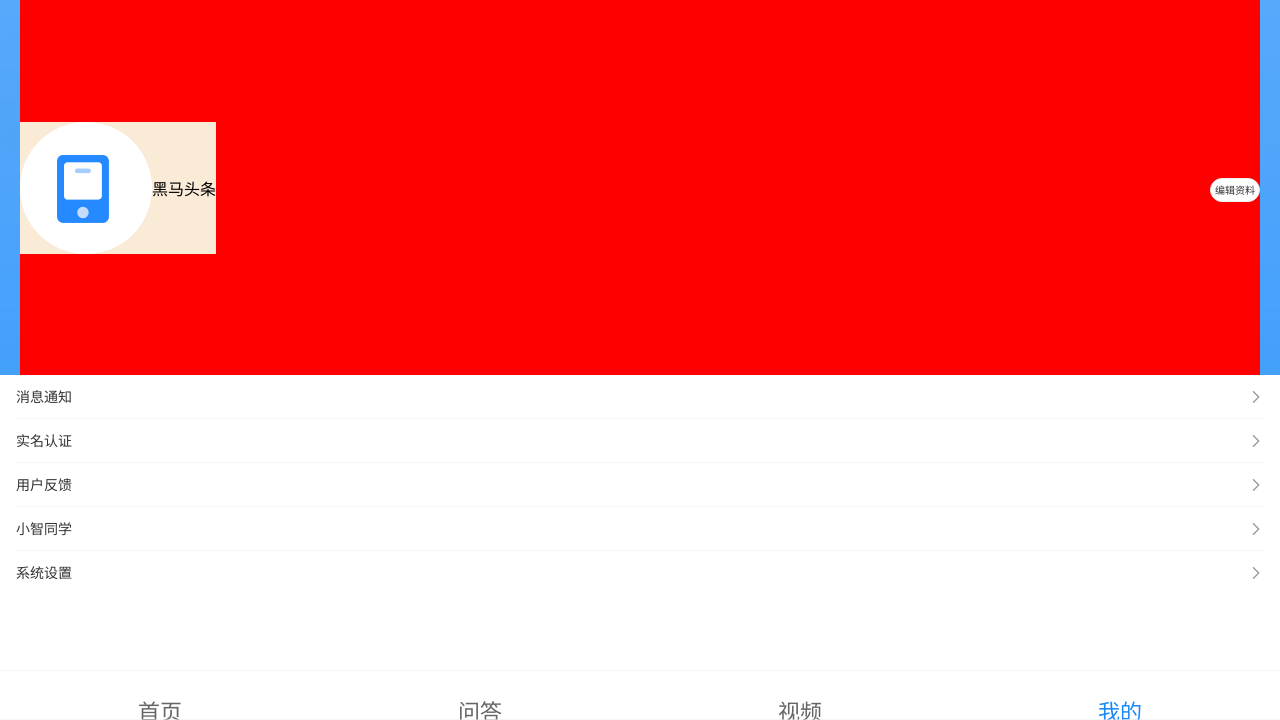
Repository: Tsukiau/yj-toutiao-m
Page: /#/my
The author's editor kept a copy of each file at every save. The page is drawn from the files as they stood at one save, then again after a run of saves.
The browser window is 1280 px wide. The pictures show the whole page.
Some web fonts or font styles are not loaded; a fallback is used. The project was rebuilt for these pictures with package versions that can differ from the ones it lists, and the page was loaded fresh each time. Also part of the build but not shown: vue.config.js.

Above is the page before, as saved 2022-11-06 14:54:59.

### src/main.js
import Vue from 'vue'
import App from './App.vue'
import router from './router'
import store from './store'

import Vant from 'vant'
import 'vant/lib/index.css'
import 'amfe-flexible'

// 导入全局的样式文件
import './css/index.css'
Vue.use(Vant)
Vue.config.productionTip = false

new Vue({
  router,
  store,
  render: h => h(App)
}).$mount('#app')

### src/App.vue
<template>
  <div id="app">
    <router-view></router-view>
  </div>
</template>

<style lang="less">
</style>

### src/router/index.js
import Vue from 'vue'
import VueRouter from 'vue-router'

Vue.use(VueRouter)

const routes = [
  {
    path: '/',
    redirect: '/layout'
  },
  {
    path: '/login',
    name: 'login',
    component: () => import('@/views/login')
  },
  {
    path: '/layout',
    name: 'layout',
    component: () => import('@/views/layout'),
    children: [
      {
        path: '/home',
        name: 'home',
        component: () => import('@/views/home')
      },
      {
        path: '/my',
        name: 'my',
        component: () => import('@/views/my')
      },
      {
        path: '/ask',
        name: 'ask',
        component: () => import('@/views/ask')
      },
      {
        path: '/video',
        name: 'video',
        component: () => import('@/views/video')
      }
    ]
  },

]

const router = new VueRouter({
  routes
})

export default router

### src/store/index.js
import Vue from 'vue'
import Vuex from 'vuex'

import user from './modules/user'
Vue.use(Vuex)

export default new Vuex.Store({
   modules: {
     user
   }

})

### src/css/index.css
@font-face {
  font-family: "iconfont";
  /* Project id 3671134 */
  src: url('//at.alicdn.com/t/c/font_3671134_2emfzv8sq1v.woff2?t=1664107686856') format('woff2'), url('//at.alicdn.com/t/c/font_3671134_2emfzv8sq1v.woff?t=1664107686856') format('woff'), url('//at.alicdn.com/t/c/font_3671134_2emfzv8sq1v.ttf?t=1664107686856') format('truetype');
}
.iconfont {
  font-family: "iconfont" !important;
  font-size: 16px;
  font-style: normal;
  -webkit-font-smoothing: antialiased;
  -moz-osx-font-smoothing: grayscale;
}
.icon-fenxiang:before {
  content: "\e60a";
}
.icon-zuopin:before {
  content: "\e60b";
}
.icon-pinglun1:before {
  content: "\e60c";
}
.icon-guanbi:before {
  content: "\e60d";
}
.icon-gengduo:before {
  content: "\e60e";
}
.icon-shanchu:before {
  content: "\e60f";
}
.icon-shouye1:before {
  content: "\e610";
}
.icon-shoucang:before {
  content: "\e611";
}
.icon-shouji1:before {
  content: "\e612";
}
.icon-zuojiantou:before {
  content: "\e613";
}
.icon-sousuo:before {
  content: "\e614";
}
.icon-dianzan:before {
  content: "\e615";
}
.icon-wenda:before {
  content: "\e616";
}
.icon-wuwangluo1:before {
  content: "\e617";
}
.icon-fenxiang1:before {
  content: "\e618";
}
.icon-dianzan2:before {
  content: "\e619";
}
.icon-shipin:before {
  content: "\e61a";
}
.icon-yanzhengma:before {
  content: "\e61b";
}
.icon-lishi1:before {
  content: "\e61c";
}
.icon-wode:before {
  content: "\e61d";
}
.icon-youjiantou:before {
  content: "\e61e";
}
.icon-zuopin1:before {
  content: "\e61f";
}
.icon-yuedu:before {
  content: "\e620";
}
.icon-pinglun:before {
  content: "\e601";
}
.icon-lishi:before {
  content: "\e602";
}
.icon-shouye:before {
  content: "\e603";
}
.icon-shouji:before {
  content: "\e604";
}
.icon-wuwangluo:before {
  content: "\e605";
}
.van-nav-bar {
  background-color: #3296fa;
}
.van-nav-bar /deep/ .van-nav-bar__title {
  color: #fff;
}

### src/views/layout/index.vue
<template>
  <div class="layout-container">

    <!-- 标签导航栏 -->
    <van-tabbar class="layout-tabbar"  route>
      <van-tabbar-item to="/">
        <i slot="icon" class="iconfont icon-shouye"></i>
        <span class="text">首页</span>
      </van-tabbar-item >
      <!--  -->
      <van-tabbar-item to="/ask">
        <i slot="icon" class="iconfont icon-wenda"></i>
        <span class="text">问答</span>
      </van-tabbar-item>
      <!--  -->
      <van-tabbar-item to="/video">
        <i slot="icon" class="iconfont icon-shipin"></i>
        <span class="text">视频</span>
      </van-tabbar-item>
      <!--  -->
      <van-tabbar-item to="/my">
        <i slot="icon" class="iconfont icon-wode"></i>
        <span class="text">我的</span>
      </van-tabbar-item>
    </van-tabbar>
    <router-view />
  </div>
</template>

<script>
export default {
  name: 'layou',
  data() {
    return {
    }
  }
}
</script>

<style lang="less" scoped>
.layout-container {
  .layout-tabbar {
    i.iconfont {
      font-size: 30px;
    }
    span.text {
      font-size: 22px;
    }
  }
}
</style>

### src/views/my/index.vue
<template>
  <div class="my-container">
    <div class="header userInfo">
      <div class="base">
        <div class="left">
          <img class="mobile-img" src="~@/assets/mobile.png" @click="$router.push('/login')">
          <span class="name">黑马头条</span>
        </div>
        <div class="right">
          <van-button type="default" size="mini" round>编辑资料</van-button>
        </div>
      </div>
    </div>
    <!--  -->
    <div class="data"></div>
    <!--  -->
    <div class="grid-nav"></div>
    <van-cell title="消息通知" is-link url="" />
    <van-cell title="实名认证" is-link url="" />
    <van-cell title="用户反馈" is-link url="" />
    <van-cell title="小智同学" is-link url="" />
    <van-cell title="系统设置" is-link url="" />
  </div>
</template>

<script>
export default {
  name: 'MyIndex',
  components: {},
  props: {},
  data() {
    return {}
  },
  computed: {},
  watch: {},
  created() { },
  mounted() { },
  methods: {}
}
</script>

<style scoped lang="less">
.my-container {
  .header {
    height: 375px;
    width: 100%;
    background-image: url(../../assets/banner.png);
    background-size: cover;

    .base {
      display: flex;
      justify-content: space-between;
      margin: 0 20px;
      align-items: center;
      background-color: red;
      height: 100%;
    }

    .left {
      display: flex;
      justify-content: center;
      align-items: center;
      background-color: antiquewhite;
      img {
        width: 132px;
        height: 132px;
      }
      .name{

      }
    }
  }
}
</style>

### src/store/modules/user.js
import { getToken, setToken } from '@/utils/Cookies'
import {login } from '@/api/user'

const state = {
  token: getToken()
}
const mutations = {
  setToken(state, token) {
    state.token = token
    setToken(token)
  }
}
const actions = {
   async getLogin(context, data) {
    const {token} = await login(data)
    context.commit('setToken',token)

  }
}
export default {
  namespaced: true,
  state,
  mutations,
  actions

}

### src/api/user.js
import request from '@/utils/request'

// 发送短信验证码
export function getSms (mobile) {
  return request({
    method: 'GET',
    url: `/v1_0/sms/codes/${mobile}`
  })
}

/**
 * 用户登录
 */
export function login(data) {
  return request({
    method: 'POST',
    url: '/v1_0/authorizations',
    data
  })
}

### src/utils/Cookies.js
import Cookies from 'js-cookie'

const Token = 'Token'

export function getToken(){
   return Cookies.get(Token)
}

export function setToken(token){
    return Cookies.set(Token, token)
}

export function removeToken(){
    return Cookies.remove(Token)
}

### src/utils/request.js
import axios from 'axios'

const request = axios.create({
  baseURL: 'http://toutiao.itheima.net/',
  timeout: 5000
})

request.interceptors.response.use(response => {
  const { message, data } = response.data
  if (!message) return Promise.reject(new Error(message))
  return data
})

export default request

Loaded but not shown: public/index.html (common file)

After the next 2 saves:
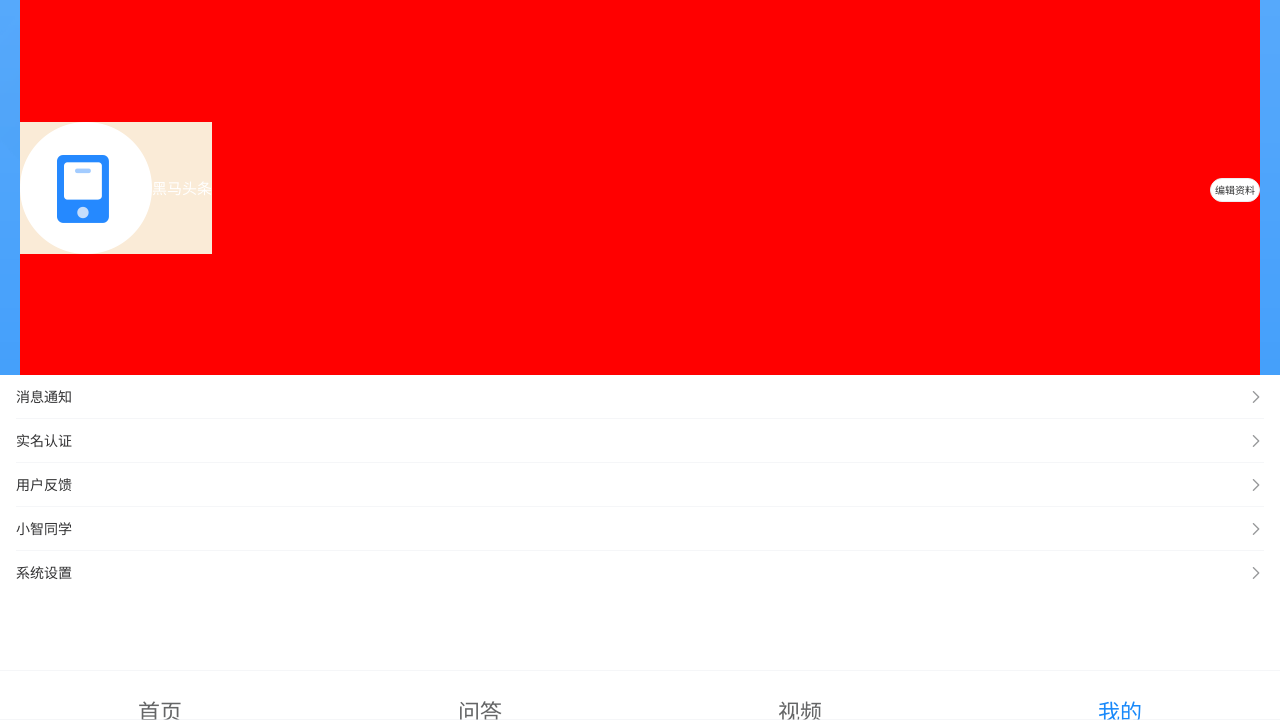
The 2 saves are shown as one change because 1 did not build or start.
The last was saved 26 s later.
--- a/src/views/my/index.vue
+++ b/src/views/my/index.vue
@@ -66,7 +66,8 @@ export default {
         height: 132px;
       }
       .name{
-
+         font-size: 15px;
+         color: #fff;
       }
     }
   }
